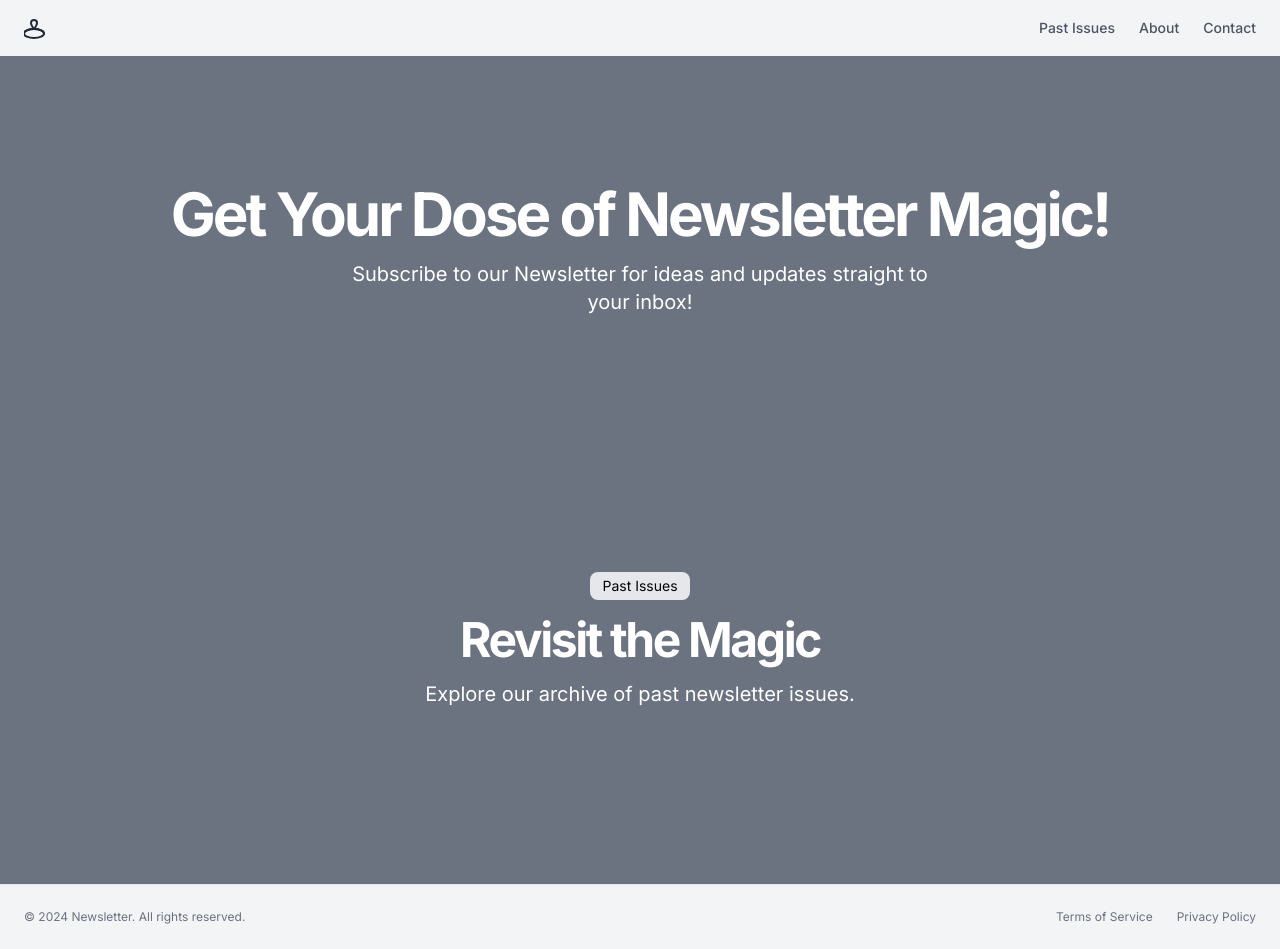
Repository: djdjdallas/unicorn-poop-newsletter
Page: /
The author's editor kept a copy of each file at every save. The page is drawn from the files as they stood at one save, then again after the next save.
The browser window is 1280 px wide. The pictures show the whole page.
The page's requests for data from a server got no answer. The project was rebuilt for these pictures with package versions that can differ from the ones it lists, and the page was loaded fresh each time. The framework's server and built-in components were replaced by stand-ins that run in the browser. No one was signed in, and anything a server would have sent is missing. Also part of the build but not shown: next.config.mjs, src/lib/utils.js, src/components/ui/input.jsx, src/components/ui/button.jsx, src/components/ui/card.jsx.

Above is the page before, as saved 2024-08-10 11:09:06.

After the next save:
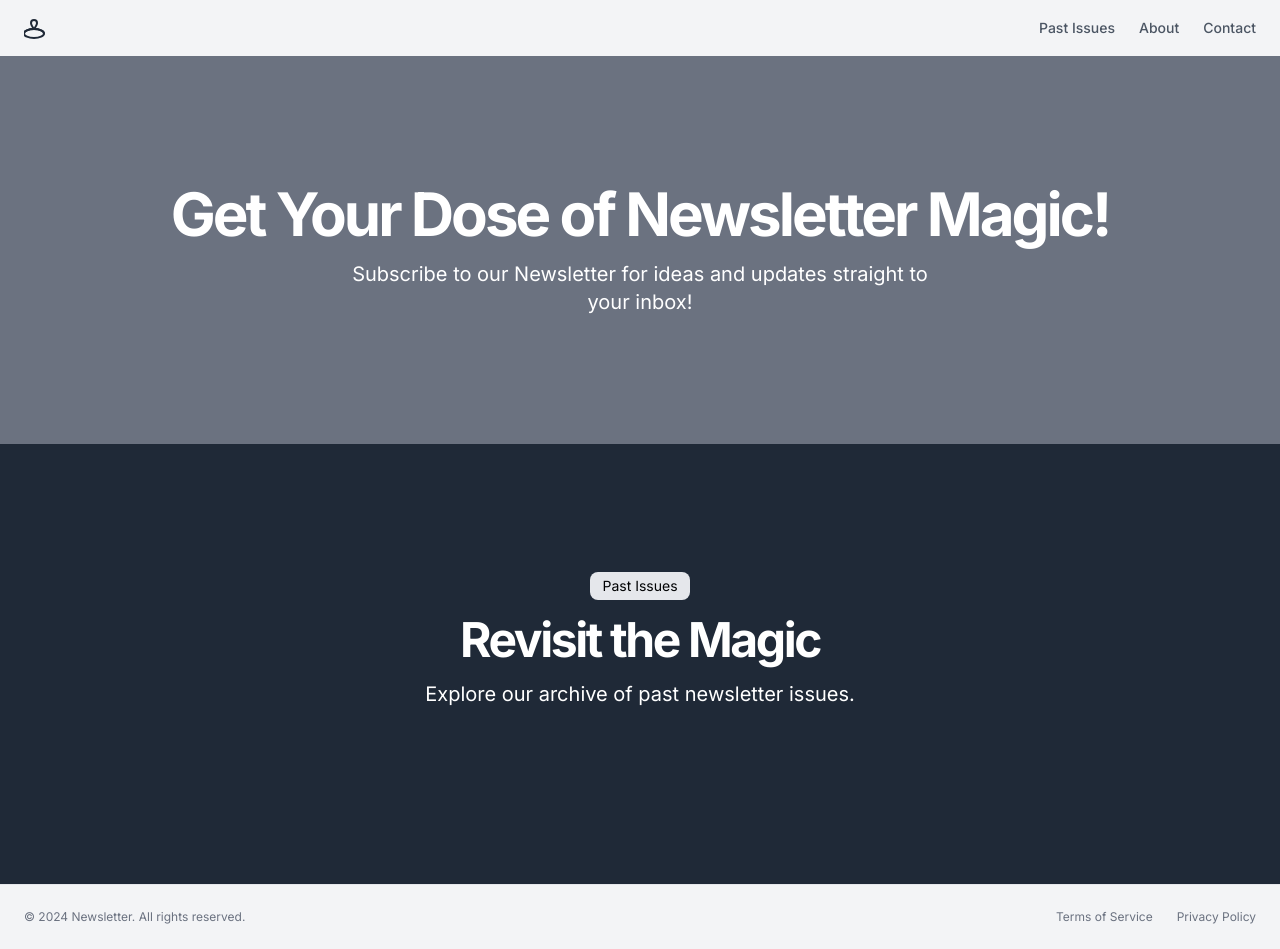
Saved 2 min 38 s later.
--- a/src/app/page.js
+++ b/src/app/page.js
@@ -126,7 +126,7 @@ export default async function Home() {
 
         <section
           id="past-issues"
-          className="w-full py-12 md:py-24 lg:py-32 bg-gray-500"
+          className="w-full py-12 md:py-24 lg:py-32 bg-gray-800"
         >
           <div className="container px-4 md:px-6 space-y-8 lg:space-y-12">
             <div className="flex flex-col items-center justify-center text-center space-y-4">
